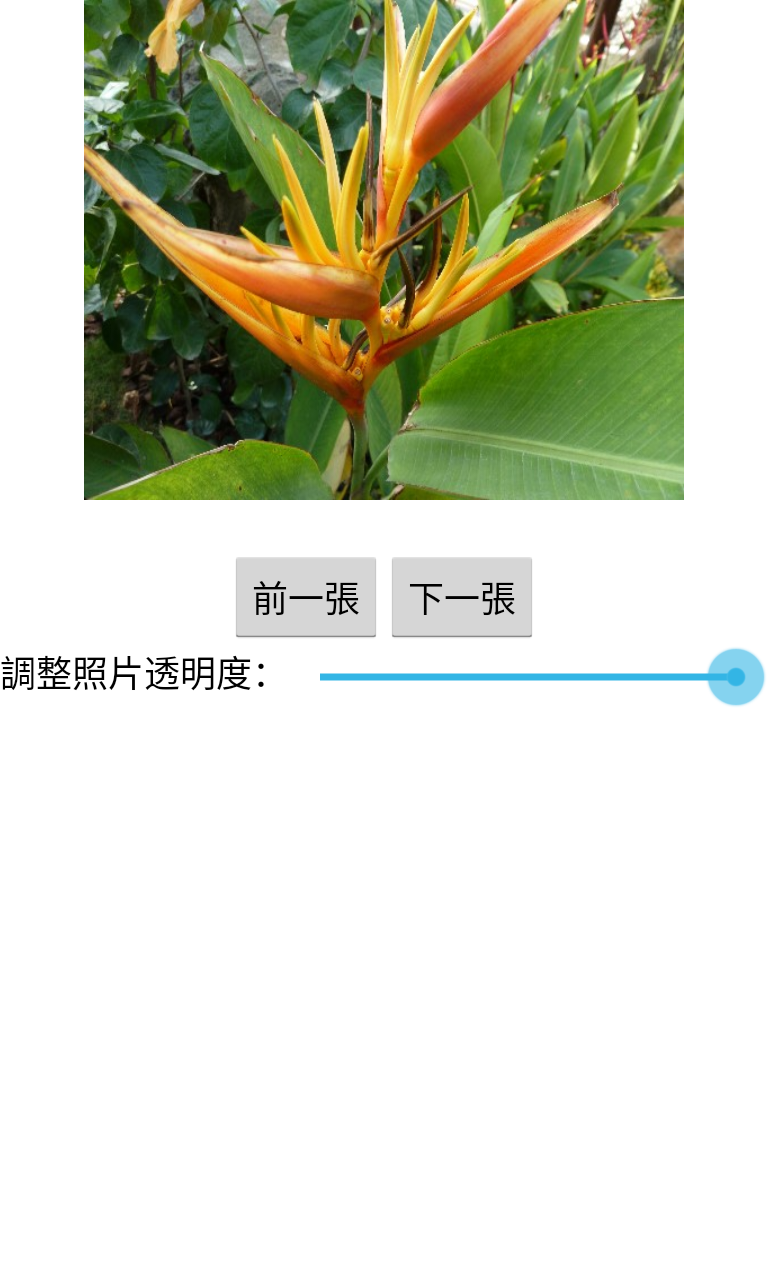
Repository: idarfan/android41
Layout: Ch07ImageViewSeekBarMe/res/layout/main.xml
An editor plug-in stored every save of this project. The layout is shown before and after the next save, followed by the edit.
It is drawn on a 768 x 1280 px phone screen (xhdpi) without system bars, with theme AppTheme; the app's code is not run.

Above is the layout before, as saved 2012-08-06 13:20:51.

After the next save:
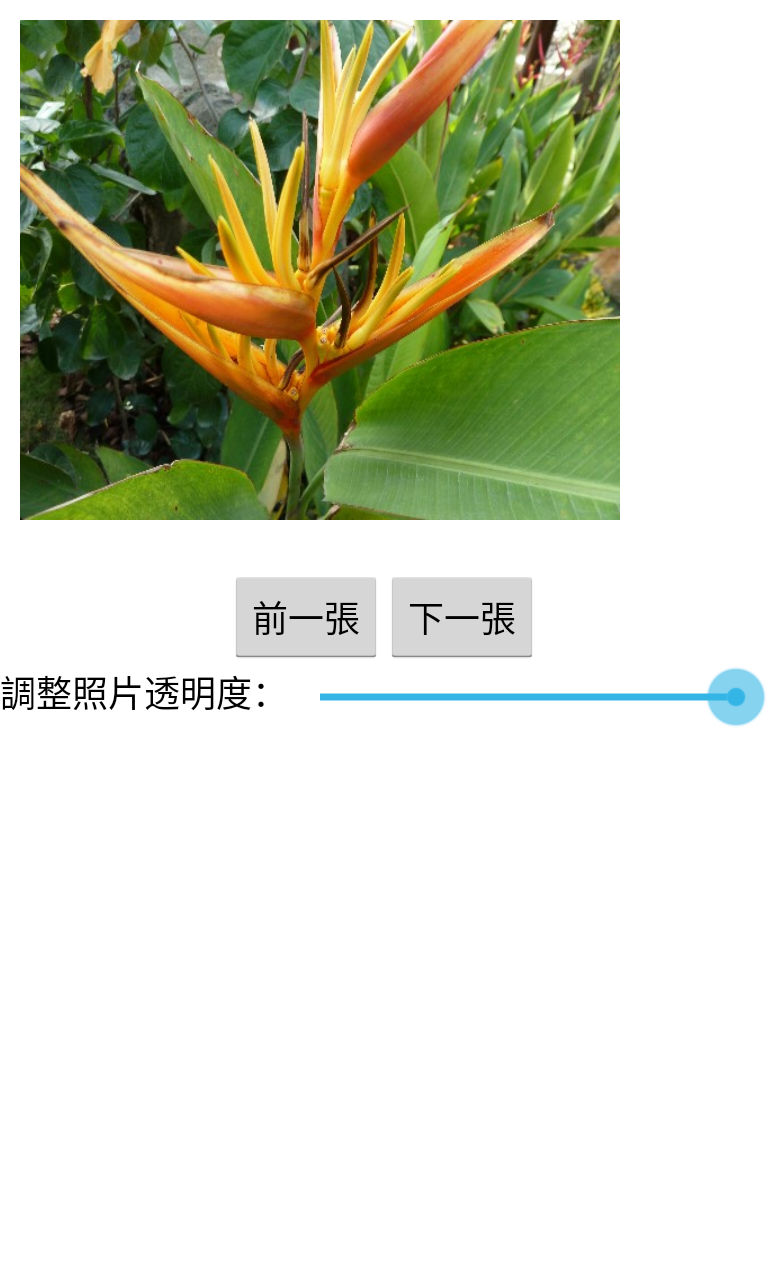
Saved 5206 days later.
--- a/Ch07ImageViewSeekBarMe/res/layout/main.xml
+++ b/Ch07ImageViewSeekBarMe/res/layout/main.xml
@@ -6,9 +6,10 @@
 
     <ImageView
         android:id="@+id/ivIdFlow"
+        android:layout_marginTop="10dp"
+        android:layout_marginLeft="10dp"
         android:layout_width="300dp"
         android:layout_height="250dp"
-        android:layout_gravity="center_horizontal"
         android:contentDescription="@string/flowers"
         android:scaleType="fitXY"
         android:src="@drawable/flow01b" />
